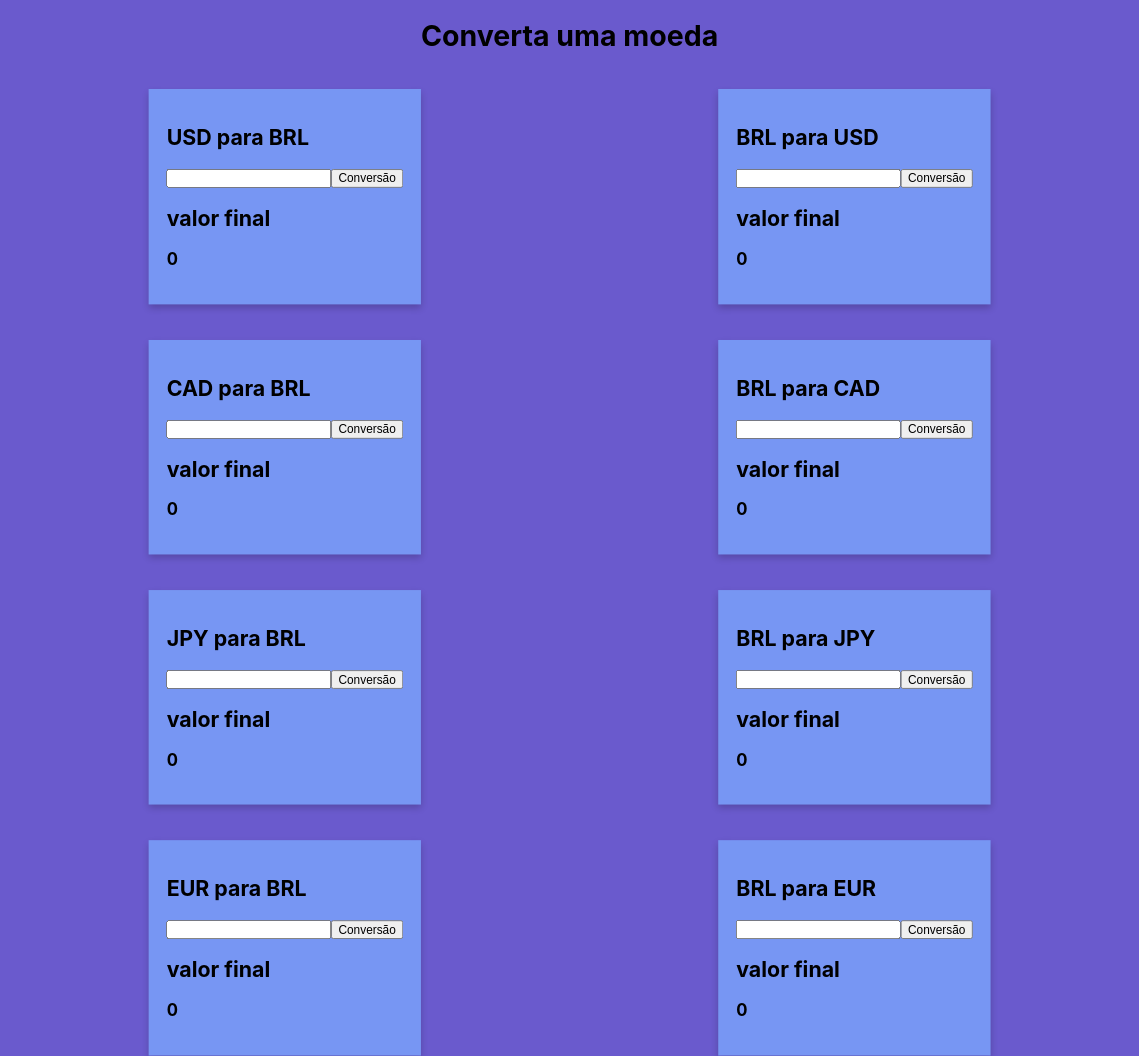
Repository: DeanLemosXD/Currency-converter
Page: /
The author's editor kept a copy of each file at every save. The page is drawn from the files as they stood at one save, then again after the next save.
The browser window is 1280 px wide. The pictures show the whole page, at 89% of full size.
The project was rebuilt for these pictures with package versions that can differ from the ones it lists, and the page was loaded fresh each time.

Above is the page before, as saved 2021-10-19 18:23:56.

### src/index.css
body {
  margin: 0;
  font-family: -apple-system, BlinkMacSystemFont, 'Segoe UI', 'Roboto', 'Oxygen',
    'Ubuntu', 'Cantarell', 'Fira Sans', 'Droid Sans', 'Helvetica Neue',
    sans-serif;
  -webkit-font-smoothing: antialiased;
  -moz-osx-font-smoothing: grayscale;
  background-color:slateblue
}

code {
  font-family: source-code-pro, Menlo, Monaco, Consolas, 'Courier New',
    monospace;
}

### src/App.js
import './App.css';
import Conversor from './components/Conversor';

function App() {
  return (
    <div className="App">
      <h1>Converta uma moeda</h1>
      <div className="linha">
      <Conversor moedaA="USD" moedaB="BRL"></Conversor>
      <Conversor moedaA="BRL" moedaB="USD"></Conversor>
      </div>
      <div className="linha">
      <Conversor moedaA="CAD" moedaB="BRL"></Conversor>
      <Conversor moedaA="BRL" moedaB="CAD"></Conversor>
      </div>
      <div className="linha">
      <Conversor moedaA="JPY" moedaB="BRL"></Conversor>
      <Conversor moedaA="BRL" moedaB="JPY"></Conversor>
      </div>
      <div className="linha">
      <Conversor moedaA="EUR" moedaB="BRL"></Conversor>
      <Conversor moedaA="BRL" moedaB="EUR"></Conversor>
      </div>
    </div>
  );
}

export default App;

### src/App.css
.linha{
    display:flex;
    margin-top:  40px;
    justify-content: space-around;

}

h1{

    text-align: center;
}

.app{
    margin: auto;
    max-width: 900px;
}

### src/components/Conversor.js
import React, { Component } from 'react'
import './conversor.css'
export default class Conversor extends Component {

    // eslint-disable-next-line no-useless-constructor
    constructor(props){
        super(props);

        this.state = {
            moedaA_Valor:"",
            moedaB_Valor:0,

        }

        this.converter = this.converter.bind(this)
    }

    converter(){

        let de_para = `${this.props.moedaA}_${this.props.moedaB}`;
        let url = `http://free.currconv.com/api/v7/convert?q=${de_para}&compact=ultra&apiKey=0d7e32903cad9cf7460c`
        //console.log(url)
        fetch(url).then(res=>{
            return res.json()
        })
        .then(json=>{

            let cotacao = json[de_para];
            let moedaB_Valor = (parseFloat(this.state.moedaA_Valor) * cotacao).toFixed(2)
            this.setState({moedaB_Valor})
        })
    }
    render(){
        return (
            <div className="conversor">
                <h2>{this.props.moedaA} para {this.props.moedaB}</h2>
                <input type="text" onChange={(event)=>{this.setState({moedaA_Valor:event.target.value})}}></input>
                <input type="button" value="Conversão" onClick={this.converter}></input>
                <h2>valor final</h2>
                <h3>{this.state.moedaB_Valor}</h3>
            </div>
        )
    }
}

### src/components/conversor.css
.conversor{
        padding: 20px;
        max-width: 300px;
        box-shadow: 0 4px 8px 0 rgba(0, 0, 0, 0.2);
        background-color: rgb(119, 150, 243);
}

Loaded but not shown: public/index.html (common file); src/index.js (common file); src/reportWebVitals.js (common file)

After the next save:
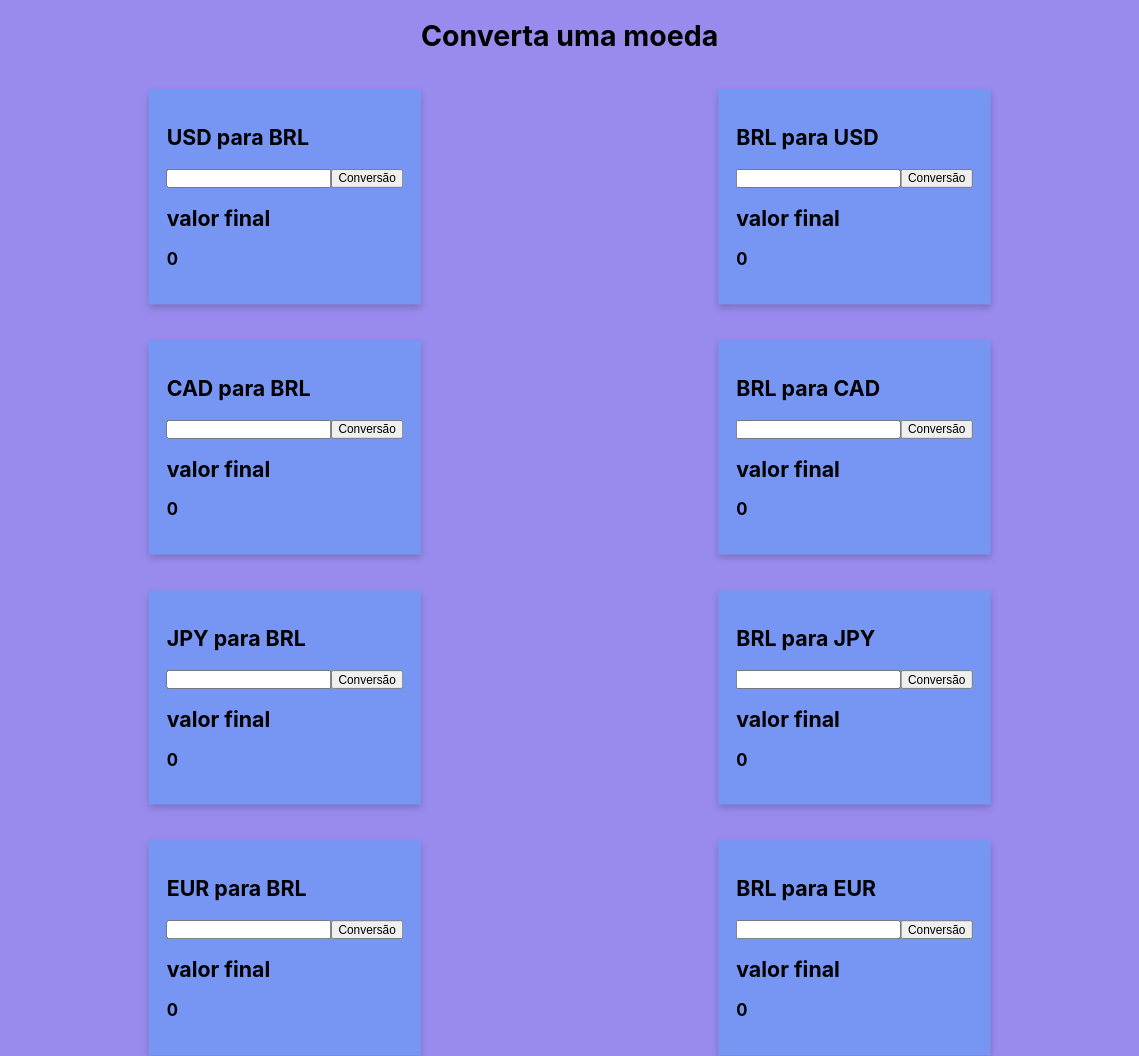
Saved 8 s later.
--- a/src/index.css
+++ b/src/index.css
@@ -5,7 +5,7 @@ body {
     sans-serif;
   -webkit-font-smoothing: antialiased;
   -moz-osx-font-smoothing: grayscale;
-  background-color:slateblue
+  background-color:rgb(153, 139, 238)
 }
 
 code {
